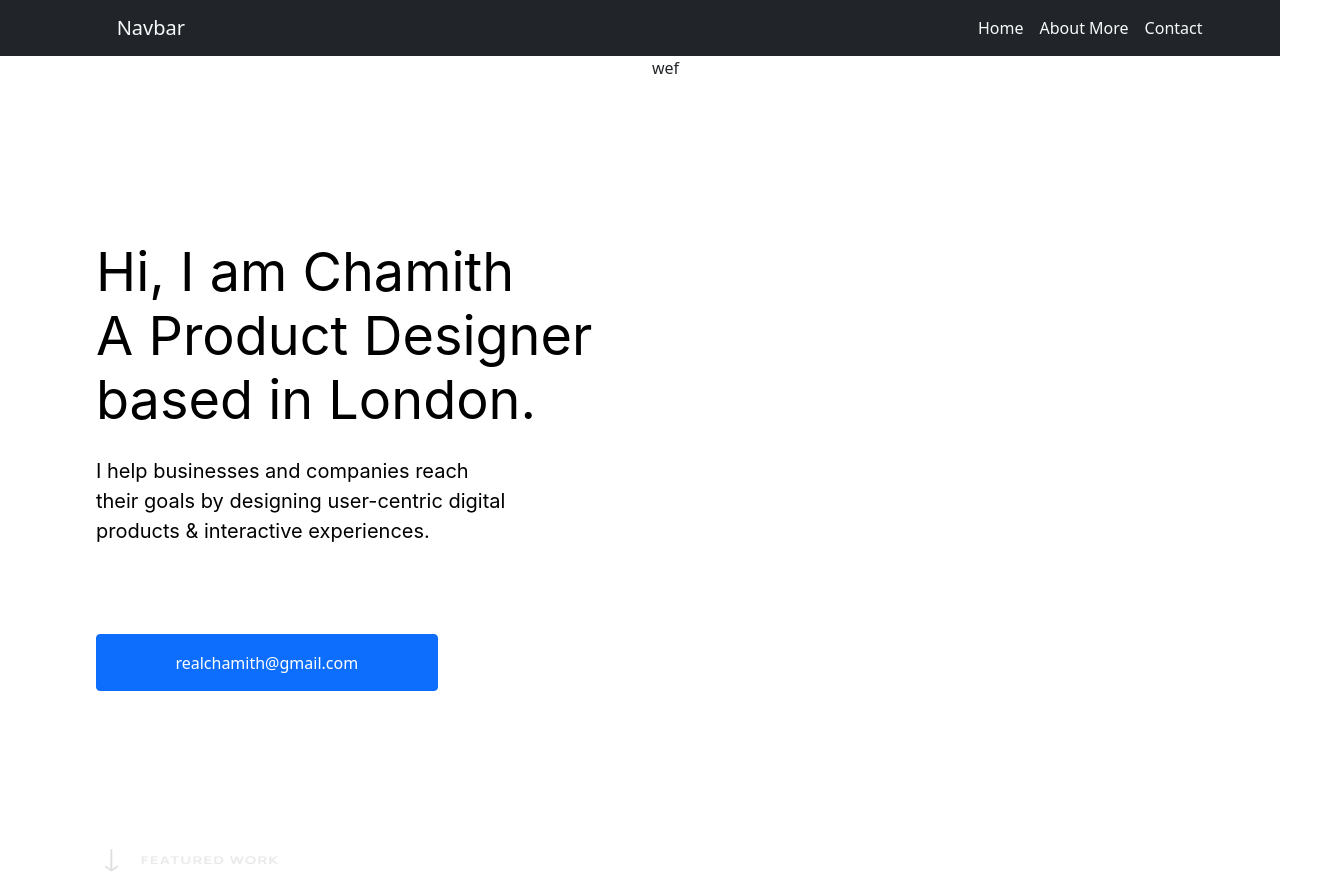
Repository: Realchamithweb/chamith-html
Page: index.html
The author's editor kept a copy of each file at every save. The page is drawn from the files as they stood at one save, then again after a run of saves.
The browser window is 1280 px wide. The page is 1344 px wide, so the pictures cover 1344 px, including what lies to the right of the window. The pictures show the part of the page from y = 0 to 896 px (the page is 1990 px tall).

Above is the page before, as saved 2023-01-04 09:32:23.

After the next 2 saves:
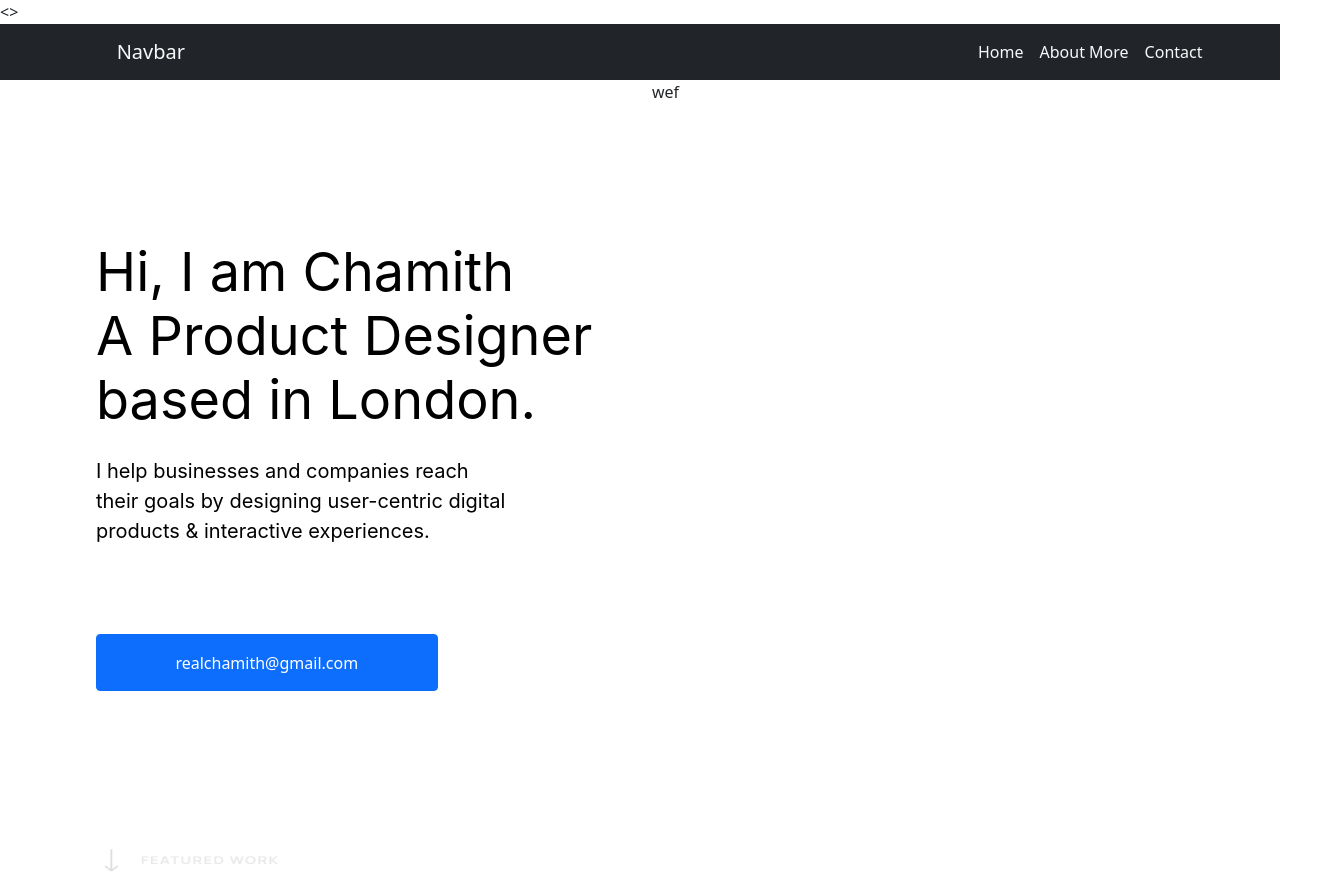
The 2 saves are shown as one change because they came seconds apart.
The last was saved 28 s later.
--- a/index.html
+++ b/index.html
@@ -11,6 +11,7 @@
     <title>Hello, world!</title>
   </head>
   <body>
+    <>
         <div class="head">
             <nav class="navbar navbar-expand-lg navbar-light bg-dark">
                 <div class="container-fluid">

After the 2 saves that followed:
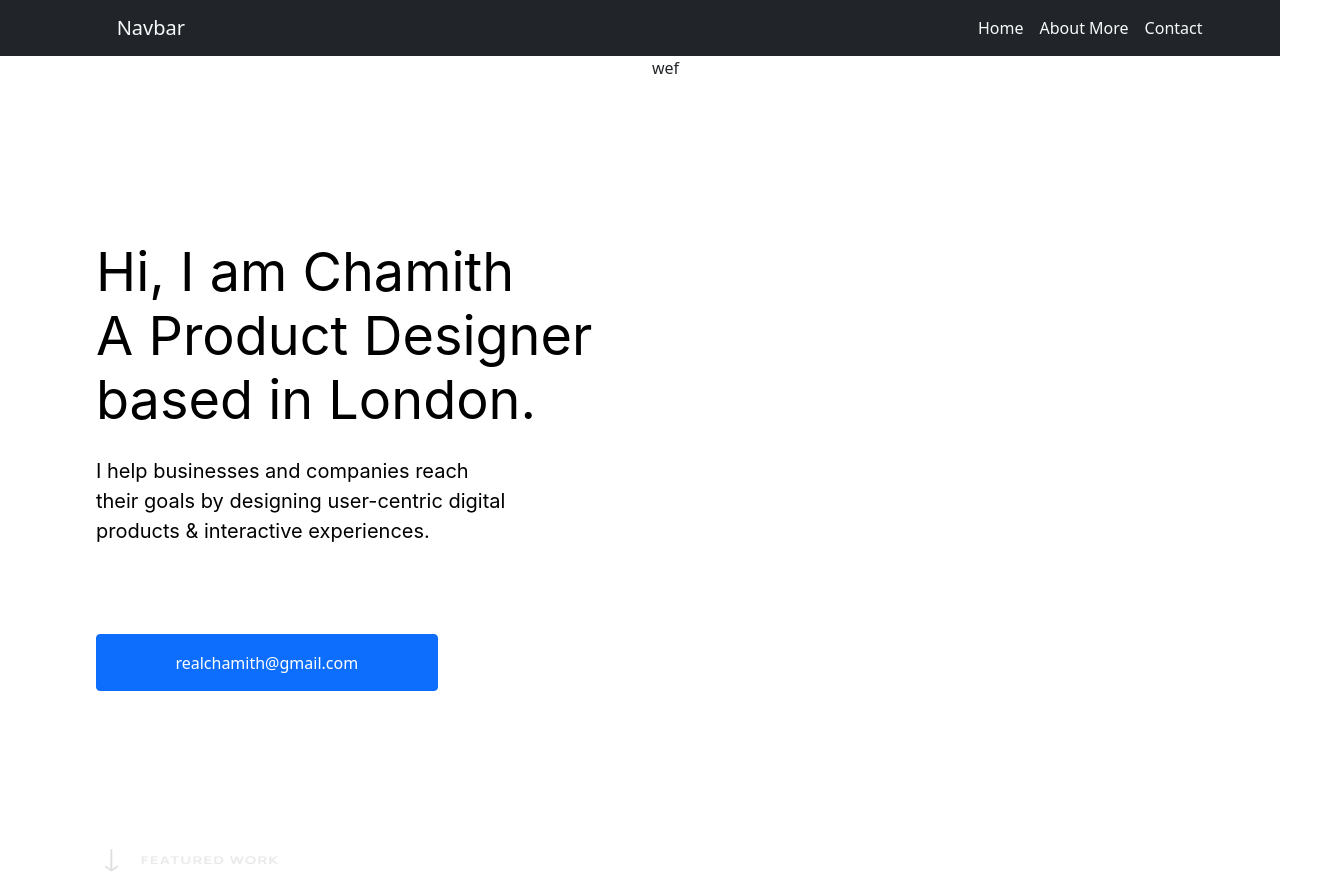
The 2 saves are shown as one change because they came seconds apart.
The last was saved 8 s later.
--- a/index.html
+++ b/index.html
@@ -11,7 +11,7 @@
     <title>Hello, world!</title>
   </head>
   <body>
-    <>
+    <div class="main"></div>
         <div class="head">
             <nav class="navbar navbar-expand-lg navbar-light bg-dark">
                 <div class="container-fluid">
